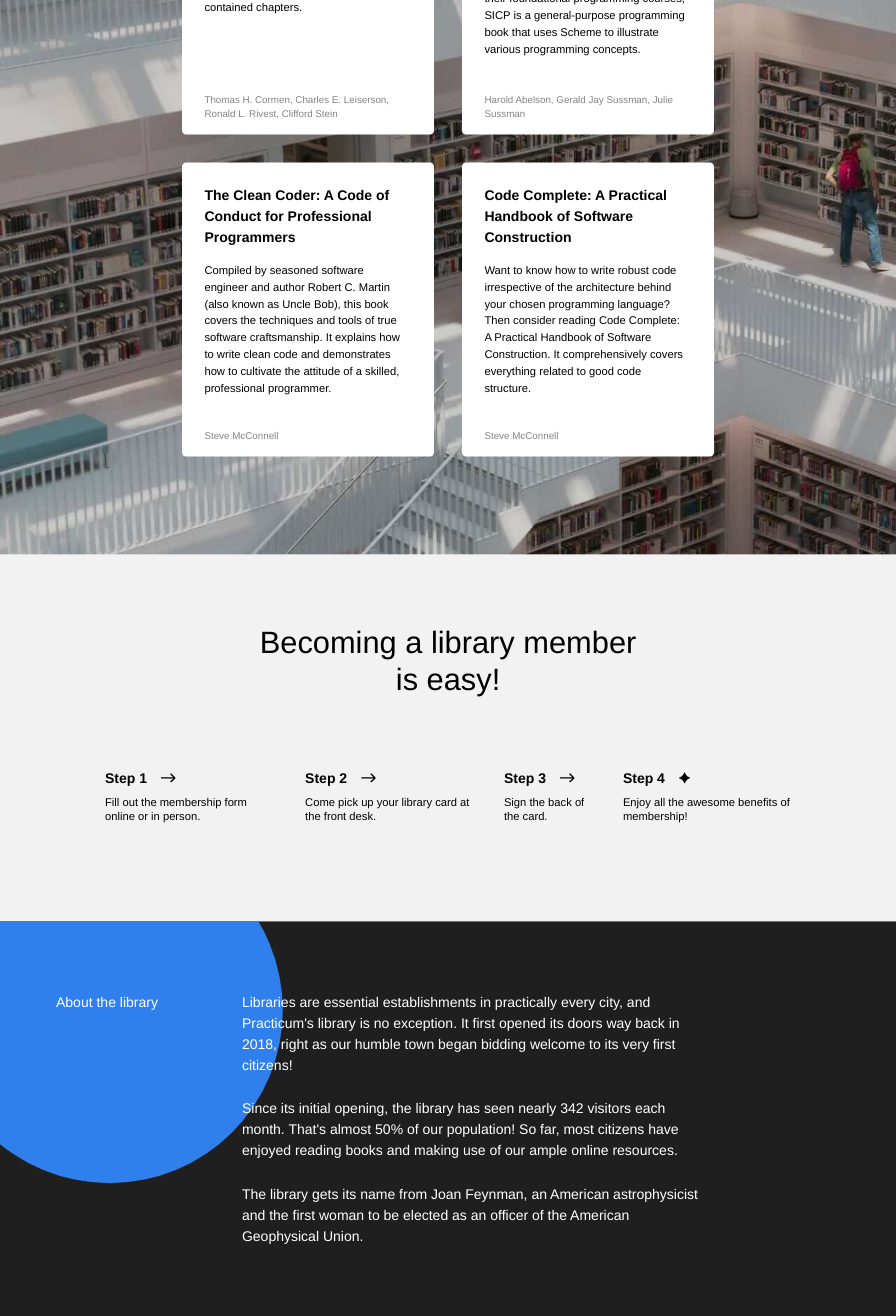
Repository: MWilliams-26/se_project_library
Page: index.html
The author's editor kept a copy of each file at every save. The page is drawn from the files as they stood at one save, then again after the next save.
The browser window is 1280 px wide. The pictures show the part of the page from y = 2046 to 3966 px (the page is 3926 px tall before and 3966 px after), at 70% of full size.

Above is the page before, as saved 2023-04-04 11:46:05.

### index.html
<!DOCTYPE html>
<html lang="en">
  <head>
    <meta charset="UTF-8" />
    <meta name="viewport" content="width=device-width, initial-scale=1.0" />
    <title>Practicum Library</title>
    <link rel="shortcut icon" href="favicon.ico" />
    <link rel="stylesheet" href="./styles/normalize.css" />
    <link rel="stylesheet" href="./styles/style.css" />
  </head>

  <body>
    <!-- Wrap the entire page content in a new div with the page class. Remember to add the closing tag -->
    <div class="page">
      <header class="header">
        <nav class="nav">
          <img
            src="./images/logo.png"
            alt="Practicum Library Logo"
            class="logo"
          />
          <!-- Putting navigation links in a list is supposed to be the best practice of writing the semantic code since it allows screen readers to pause between each link instead of reading all the links as a sentence. -->
          <ul class="nav__links">
            <li>
              <a class="nav__link">Staff picks</a>
            </li>
            <li>
              <a class="nav__link">Events</a>
            </li>
            <li>
              <a class="nav__link">Become a member</a>
            </li>
            <li>
              <a class="nav__link">About</a>
            </li>
            <li>
              <a class="nav__link">Contacts</a>
            </li>
          </ul>
        </nav>
        <h1 class="header__title">Welcome to the Practicum Library</h1>
        <p class="header__description">
          We're pleased to open our library doors to everyone! Come and expand
          your development knowledge, or just use this lovely spot to work or
          study. This is a cool place for cool students!
        </p>
        <!-- ----------------------------------------------------------------- -->
        <!--               Don't uncomment until project stage 2               -->
        <!-- ----------------------------------------------------------------- -->
        <img
          src="./images/inside_the_library.png"
          alt="Illustration 'Inside the library'"
          class="header__image"
        />
        <div class="header__footer">
          <a class="header__link">About the library &darr;</a>
          <p class="header__address">
            200 Success Avenue, The Town of Practicum
          </p>
        </div>
      </header>

      <main class="content">
        <section class="events">
          <div class="events__content">
            <h2 class="events__heading">Upcoming events:</h2>
            <h3 class="events__title">
              In honor of Joan Feynman: Women in astrophysics
            </h3>
            <div class="event-info events__info-section">
              <div class="event-info__item">
                <div
                  class="event-info__icon event-info__icon_type_calendar"
                ></div>
                <p class="event-info__text">Mon, January 12</p>
              </div>
              <div class="event-info__item">
                <div class="event-info__icon event-info__icon_type_pin"></div>
                <p class="event-info__text">
                  Practicum Library Conference Hall & Online
                </p>
              </div>
            </div>
            <p class="events__description">
              At this event, which celebrates the library's namesake, our guest
              lecturer will take us on a journey exploring some of the most
              prominent female researchers in the world of space science. It's
              easy to buy into the misconception that this field was mostly
              dominated by men, but our lecture aims to change that notion and
              prove that this hasn't been the case since at least the 18th
              century.
            </p>
            <a href="#" class="events__more">More events &rarr;</a>
          </div>
          <div class="events__cover">
            <img
              class="events__image"
              src="images/cafe.png"
              alt="events image"
            />
            <div class="person person_name_feynman">
              <p class="person__caption">Joann Feynman</p>
              <img
                class="person__image person__image_size_l"
                src="images/person_feynman.png"
                alt="Joann Feyman"
              />
            </div>
            <div class="person person_name_burbidge">
              <p class="person__caption">Margaret Burbidge</p>
              <img
                class="person__image person__image_size_m"
                src="images/person_burbidge.png"
                alt="Margaret Burbidge"
              />
            </div>
            <div class="person person_name_cannon">
              <img
                class="person__image person__image_size_m"
                src="images/person_cannon.png"
                alt="Annie Jump Cannon"
              />
              <p class="person__caption">Annie Jump Cannon</p>
            </div>
            <div class="person person_name_burbidge">
              <p class="person__caption">Margaret Burbidge</p>
              <img
                class="person__image person__image_size_m"
                src="images/person_burbidge.png"
                alt="Margaret Burbidge"
              />
            </div>
            <div class="person person_name_mitchell">
              <img
                class="person__image person__image_size_s"
                src="images/person_mitchell.png"
                alt="Maria Mitchell"
              />
              <p class="person__caption">Maria Mitchell</p>
            </div>
            <div class="person person_name_tarter">
              <p class="person__caption">Jill Tarter</p>
              <img
                class="person__image person__image_size_m"
                src="images/person_tarter.png"
                alt="Jill Tarter"
              />
            </div>
          </div>
        </section>

        <section class="staff">
          <!-- --------------------------------------------------------------- -->
          <!--        Don't uncomment until the final project stage            -->
          <!-- --------------------------------------------------------------- -->
          <h2 class="staff__title">Staff picks</h2>
          <p class="staff__subtitle">That our readers love</p>
          <ul class="staff__picks">
            <li class="card">
              <div class="card__content">
                <h3 class="card__title">Introduction to Algorithms</h3>
                <p class="card__text">
                  The name of this book is self-explanatory; it's a proper
                  introduction to algorithms! Introduction to Algorithms, or
                  CLRS, in reference to the authors' last names, goes in-depth
                  and covers a range of algorithms across several self-contained
                  chapters.
                </p>
                <p class="card__footer">
                  Thomas H. Cormen, Charles E. Leiserson, Ronald L. Rivest,
                  Clifford Stein
                </p>
              </div>
            </li>

            <li class="card">
              <div class="card__content">
                <h3 class="card__title">
                  The Structure and Interpretation of Computer Programs (SICP)
                </h3>
                <p class="card__text">
                  This is one of the best books for learning the fundamentals of
                  programming. Featured by MIT in one of their foundational
                  programming courses, SICP is a general-purpose programming
                  book that uses Scheme to illustrate various programming
                  concepts.
                </p>
                <p class="card__footer">
                  Harold Abelson, Gerald Jay Sussman, Julie Sussman
                </p>
              </div>
            </li>

            <li class="card">
              <div class="card__content">
                <h3 class="card__title">
                  The Clean Coder: A Code of Conduct for Professional
                  Programmers
                </h3>
                <p class="card__text">
                  Compiled by seasoned software engineer and author Robert C.
                  Martin (also known as Uncle Bob), this book covers the
                  techniques and tools of true software craftsmanship. It
                  explains how to write clean code and demonstrates how to
                  cultivate the attitude of a skilled, professional programmer.
                </p>
                <p class="card__footer">Steve McConnell</p>
              </div>
            </li>

            <li class="card">
              <div class="card__content">
                <h3 class="card__title">
                  Code Complete: A Practical Handbook of Software Construction
                </h3>
                <p class="card__text">
                  Want to know how to write robust code irrespective of the
                  architecture behind your chosen programming language? Then
                  consider reading Code Complete: A Practical Handbook of
                  Software Construction. It comprehensively covers everything
                  related to good code structure.
                </p>
                <p class="card__footer">Steve McConnell</p>
              </div>
            </li>
          </ul>
        </section>

        <section class="membership">
          <!-- --------------------------------------------------------------- -->
          <!--         Don't uncomment until the final project stage           -->
          <!-- --------------------------------------------------------------- -->
          <h2 class="membership__title">Becoming a library member is easy!</h2>
          <ul class="membership__steps">
            <li class="step">
              <h3 class="step__title">
                Step 1
                <img
                  src="./images/icon_step_forward.svg"
                  alt="icon forward"
                  class="step__icon"
                />
              </h3>
              <p class="step__description">
                Fill out the membership form online or in person.
              </p>
            </li>
            <li class="step">
              <h3 class="step__title">
                Step 2
                <img
                  src="./images/icon_step_forward.svg"
                  alt="icon forward"
                  class="step__icon"
                />
              </h3>
              <p class="step__description">
                Come pick up your library card at the front desk.
              </p>
            </li>
            <li class="step">
              <h3 class="step__title">
                Step 3
                <img
                  src="./images/icon_step_forward.svg"
                  alt="icon forward"
                  class="step__icon"
                />
              </h3>
              <p class="step__description">Sign the back of the card.</p>
            </li>
            <li class="step">
              <h3 class="step__title">
                Step 4
                <img
                  src="./images/icon_step_finish.svg"
                  alt="icon finish"
                  class="step__icon"
                />
              </h3>
              <p class="step__description">
                Enjoy all the awesome benefits of membership!
              </p>
            </li>
          </ul>
        </section>

        <section class="about">
          <!-- --------------------------------------------------------------- -->
          <!--          Don't uncomment until the final project stage          -->
          <!-- --------------------------------------------------------------- -->
          <h2 class="about__title">About the library</h2>
          <div class="about__content">
            <p class="about__paragraph">
              Libraries are essential establishments in practically every city,
              and Practicum's library is no exception. It first opened its doors
              way back in 2018, right as our humble town began bidding welcome
              to its very first citizens!
            </p>
            <p class="about__paragraph">
              Since its initial opening, the library has seen nearly 342
              visitors each month. That's almost 50% of our population! So far,
              most citizens have enjoyed reading books and making use of our
              ample online resources.
            </p>
            <p class="about__paragraph">
              The library gets its name from Joan Feynman, an American
              astrophysicist and the first woman to be elected as an officer of
              the American Geophysical Union.
            </p>
          </div>
          <div class="about__circle"></div>
        </section>
      </main>
      <footer class="footer">
        <!-- ----------------------------------------------------------------- -->
        <!--          Don't uncomment until the final project stage            -->
        <!-- ----------------------------------------------------------------- -->
      </footer>
    </div>
  </body>
</html>

### styles/style.css
.page {
  /* Add page class properties here */
  min-width: 1100px;
  max-width: 1600px;
  margin: 0 auto;
  font-family: Helvetica Neue, Arial, sans-serif;
  font-size: 16px;
  line-height: 20px;
}

.header {
  height: 100vh;
  min-height: 720px;
  max-height: 800px;
  padding: 30px 80px 0;
  position: relative;
  box-sizing: border-box;
}

.nav {
  /* Add flex properties here */
  display: flex;
  justify-content: space-between;
  align-items: stretch;
  flex-flow: row wrap;
  margin-top: 8px;
}

.logo {
  width: 196px;
  height: 60px;
}

.nav__links {
  /* Reset default list styles here */
  margin: 0 0 0;
  display: flex;
  column-gap: 20px;
  list-style: none;
}

.nav__link {
  color: #000000;
  text-decoration: none;
  font-weight: bold;
}

.header__title {
  font-size: 66px;
  line-height: 76px;
  font-weight: 500;
  max-width: 544px;
  margin-top: 150px;
  margin-bottom: 32px;
}

.header__description {
  font-size: 20px;
  line-height: 30px;
  max-width: 532px;
}

.header__image {
  position: absolute;
  max-width: 636px;
  top: 135px;
  right: 20px;
  z-index: 1;
}

.header__footer {
  position: absolute;
  left: 0;
  bottom: 40px;
  width: 100%;
  display: flex;
  align-items: center;
  padding: 40px 80px 0;
  justify-content: space-between;
  box-sizing: border-box;
}

.header__link {
  color: #2f80ed;
  text-decoration: none;
}

.header__address {
  margin: 0;
  color: #838383;
}

.events {
  padding: 100px 0 120px 80px;
  display: flex;
  align-items: start;
  justify-content: space-between;
  box-sizing: border-box;
  background-color: #f2f2f2;
}
.events__content {
  flex-basis: 580px;
}

.events__heading {
  font-size: 20px;
  font-weight: 500;
  line-height: 30px;
  margin: 0;
}

.events__title {
  font-size: 44px;
  font-weight: 500;
  line-height: 52px;
  margin: 32px 0 0;
}

.events__info-section {
  margin-top: 32px;
}

.event-info__item {
  display: flex;
  align-items: center;
  margin-bottom: 4px;
  font-weight: 500;
}

.event-info__icon {
  background-repeat: no-repeat;
  background-position: center;
  margin-right: 12px;
  width: 24px;
  height: 24px;
}

.event-info__icon_type_calendar {
  background-image: url(../images/icon_calendar.svg);
}

.event-info__icon_type_pin {
  background-image: url(../images/icon_pin.svg);
}

.event-info__text {
  font-size: 20px;
  font-weight: 500;
  line-height: 30px;
  margin: 0;
}

.events__description {
  margin: 40px 0 60px;
}

.events__more {
  color: #2f80ed;
  text-decoration: none;
}

.events__cover {
  flex-grow: 1;
  flex-shrink: 0;
  flex-basis: 780px;
  max-width: 780px;
  position: relative;
}

.events__image {
  max-width: 100%;
}

.person {
  position: absolute;
  display: flex;
  align-items: center;
  flex-direction: column;
  gap: 10px;
}

.person_name_feynman {
  position: absolute;
  top: -30px;
  left: 319px;
}

.person_name_burbidge {
  top: 96px;
  right: 125px;
}

.person_name_cannon {
  bottom: 18px;
  right: 216px;
}

.person_name_mitchell {
  bottom: 82px;
  left: 142px;
}

.person_name_tarter {
  top: 79px;
  left: 159px;
}

.person__image {
  max-width: 100%;
}

.person__image_size_l {
  width: 140px;
}

.person__image_size_m {
  width: 100px;
}

.person__image_size_s {
  width: 80px;
}

.person__caption {
  text-align: center;
  font-size: 14px;
  margin: 0;
}
.staff {
  padding: 100px 0 140px;
  background-image: url(../images/staff_picks_background.jpg);
}

.staff__title {
  text-align: center;
  font-size: 44px;
  line-height: 52px;
  margin: 0 0 24px;
  color: #ffffff;
}

.staff__subtitle {
  text-align: center;
  font-size: 20px;
  line-height: 30px;
  font-weight: 400;
  margin: 0;
  color: #ffffff;
}

.staff__picks {
  max-width: 760px;
  margin: auto;
  margin-top: 68px;
  display: flex;
  flex-wrap: wrap;
  justify-content: center;
  gap: 40px;
  list-style-type: none;
  padding: 0;
}

/* Add the CSS rule for your new class here. Make sure to place it before .card: parents should precede their children */

.card {
  background-color: #fff;
  border-radius: 6px;
  padding: 32px 40px 20px 32px;
  box-sizing: border-box;
  width: 360px;
  height: 420px;
}

.card__content {
  width: 100%;
  height: 100%;
  display: flex;
  flex-direction: column;
}

.card__title {
  font-size: 20px;
  line-height: 30px;
  font-weight: 700;
  margin: 0;
}

.card__text {
  margin: 20px 0 0;
  font-size: 16px;
  line-height: 24px;
}

.card__footer {
  margin: 0;
  font-size: 14px;
  line-height: 20px;
  color: #838383;
  margin-top: auto;
}

.membership {
  padding: 100px 0 140px;
  background-color: #f2f2f2;
}

.membership__title {
  max-width: 574px;
  margin: 0 auto;
  text-align: center;
  font-size: 44px;
  font-weight: 500;
  line-height: 52px;
}

.membership__steps {
  list-style-type: none;
  padding: 0;
  margin: 100px 150px 0 150px;
  display: flex;
  justify-content: center;
  column-gap: 40px;
  /* Add styles */
}

.step {
  flex-basis: 0 0 220px;
  /* Add styles */
}

.step__title {
  margin: 0;
  font-size: 20px;
  line-height: 30px;
  font-weight: 700;
  display: flex;
  align-items: center;
}

.step__icon {
  margin-left: 20px;
}

.step__description {
  margin: 10px 0 0;
}

.about {
  padding: 100px 80px;
  background-color: #1f1f1f;
  color: #fff;
  overflow: hidden;
  position: relative;
  box-sizing: border-box;
  display: flex;
  z-index: 1;
}

.about__title {
  margin: 0;
  font-size: 20px;
  line-height: 30px;
  font-weight: 500;
  z-index: 1;
  max-width: 154px;
}

.about__content {
  font-size: 20px;
  line-height: 30px;
  font-weight: 400;
  max-width: 660px;
  margin-left: 120px;
  z-index: 2;
}

.about__paragraph {
  margin: 0 0 32px;
}

.about__paragraph:last-child {
  margin-bottom: 0;
}

.about__circle {
  background-color: #2f80ed;
  width: 495px;
  height: 495px;
  border-radius: 50%;
  position: absolute;
  left: -91px;
  top: -121px;
  z-index: -1;
}

.footer {
  box-sizing: border-box;
}

.footer__columns {
}

.footer__column_content_hours {
}

.footer__column_content_social {
}

.footer__logo {
}

.footer__list {
  /* The code below removes the default browser styles for lists */
  list-style-type: none;
  padding: 0;
  margin: 0;
}

.footer__list-item {
}

.footer__column-heading {
}

.footer__column-link {
  color: white;
  font-size: 16px;
  line-height: 20px;
  text-decoration: none;
}

.footer__social-icon {
}

.footer__copyright {
}

Loaded but not shown: styles/normalize.css (library)

After the next save:
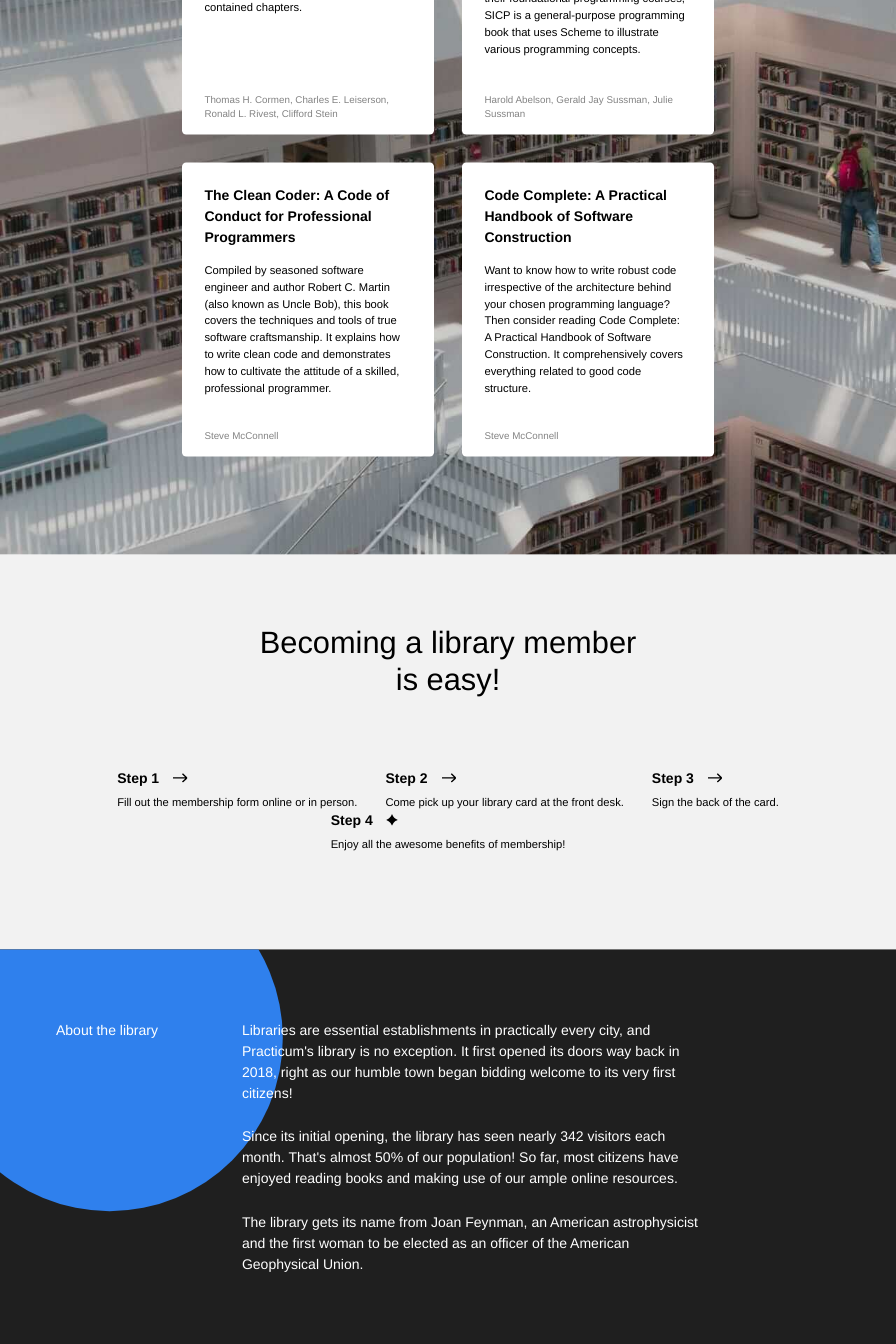
Saved 66 s later.
--- a/styles/style.css
+++ b/styles/style.css
@@ -319,6 +319,8 @@
   margin: 100px 150px 0 150px;
   display: flex;
   justify-content: center;
+  flex-wrap: wrap;
+  align-content: center;
   column-gap: 40px;
   /* Add styles */
 }
